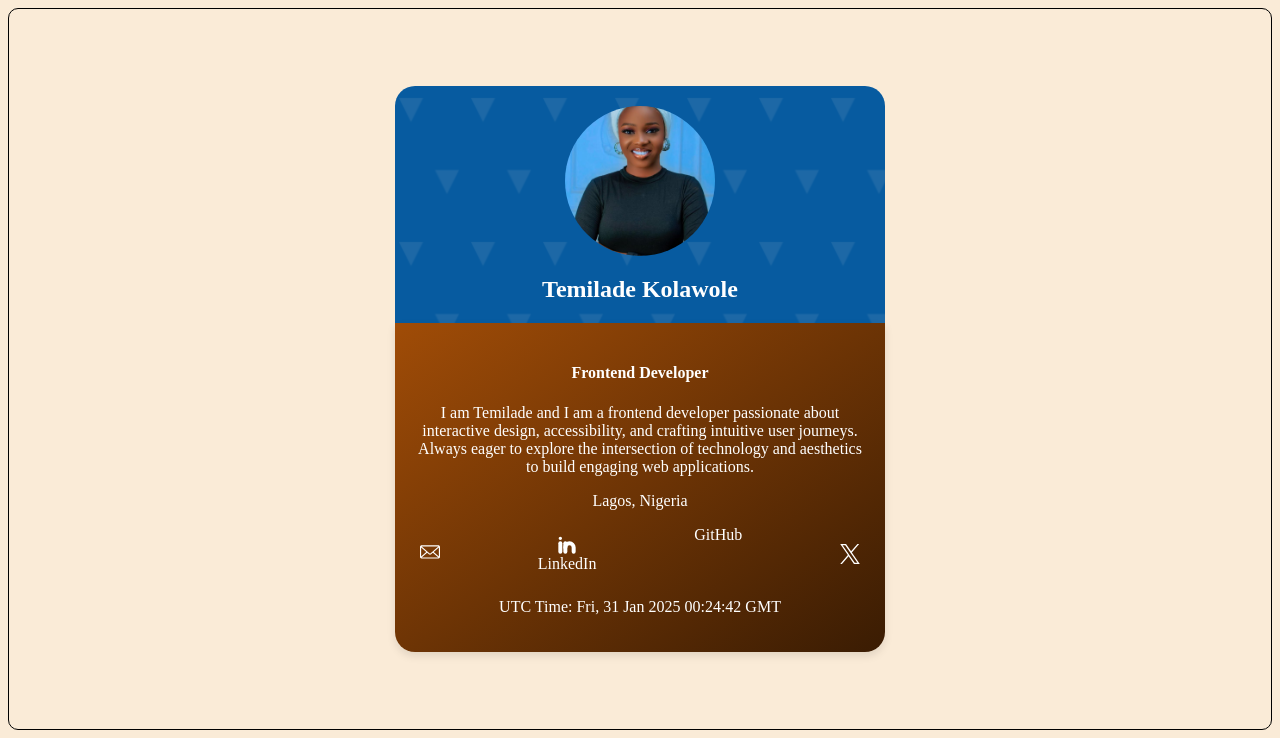
Repository: KolawoleTemilade/ticket-guarantor
Page: profilecard/index..html
An editor plug-in stored every save of this project. The page is shown before and after a run of saves, followed by the edit.
The browser window is 1280 px wide. The pictures show the whole page.

Above is the page before, as saved 2025-02-05 01:09:37.

After the next 3 saves:
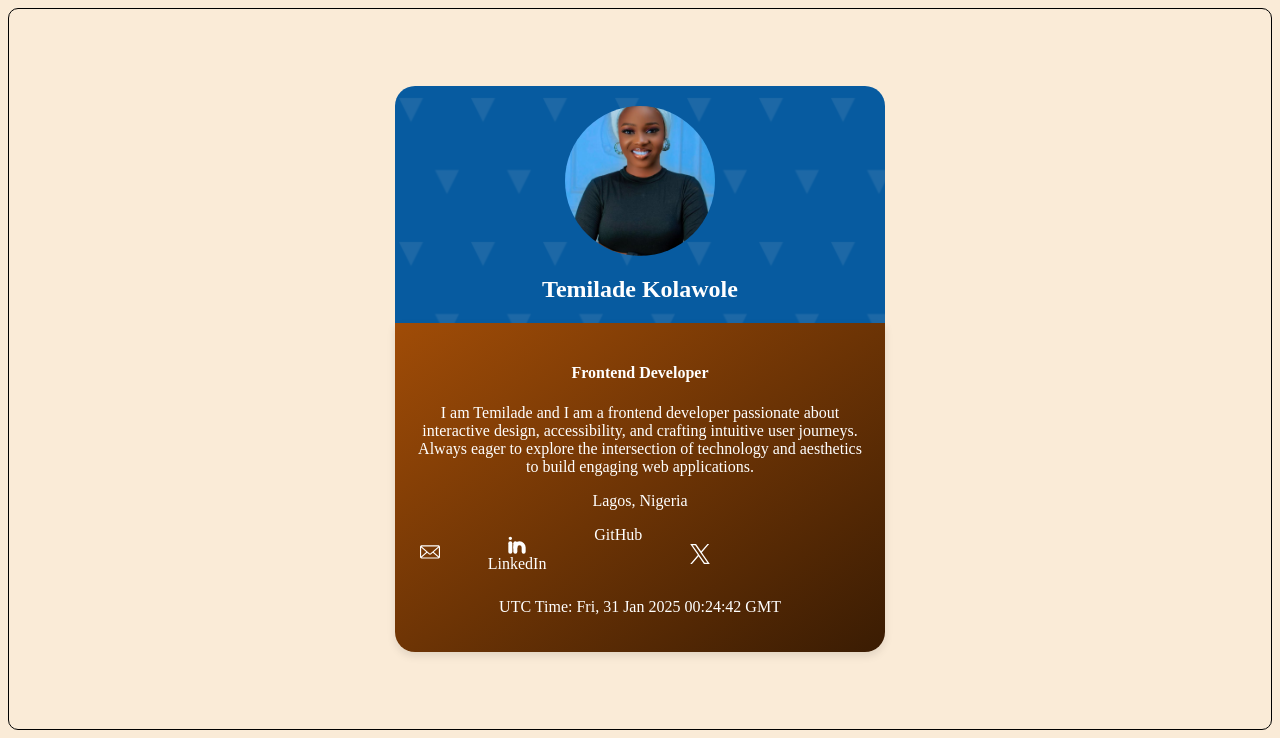
The 3 saves are shown as one change because they came seconds apart.
The last was saved 9 s later.
--- a/profilecard/style.css
+++ b/profilecard/style.css
@@ -53,7 +53,7 @@ a {
 .social-links {
   display: flex;
   justify-content: space-between;
-  max-width: ;
+  max-width: 300px;
 }
 
 .socials {
